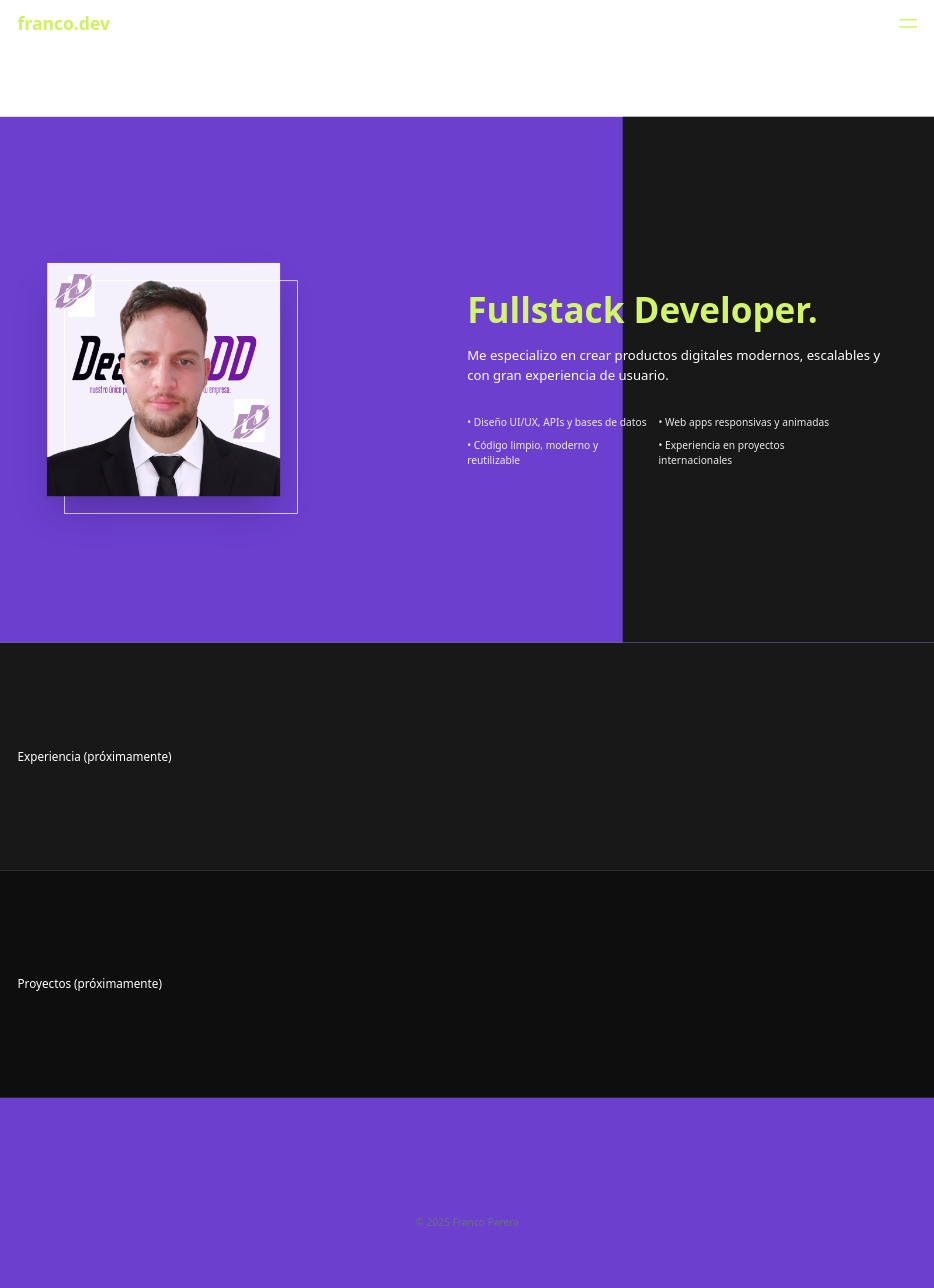
Repository: francoluca35/portfolio-franco-dev
Page: /
The author's editor kept a copy of each file at every save. The page is drawn from the files as they stood at one save, then again after the next save.
The browser window is 1280 px wide. The pictures show the whole page, at 73% of full size.
The project was rebuilt for these pictures with package versions that can differ from the ones it lists, and the page was loaded fresh each time. The framework's server and built-in components were replaced by stand-ins that run in the browser. Also part of the build but not shown: next.config.js.

Above is the page before, as saved 2025-05-06 01:33:30.

After the next save:
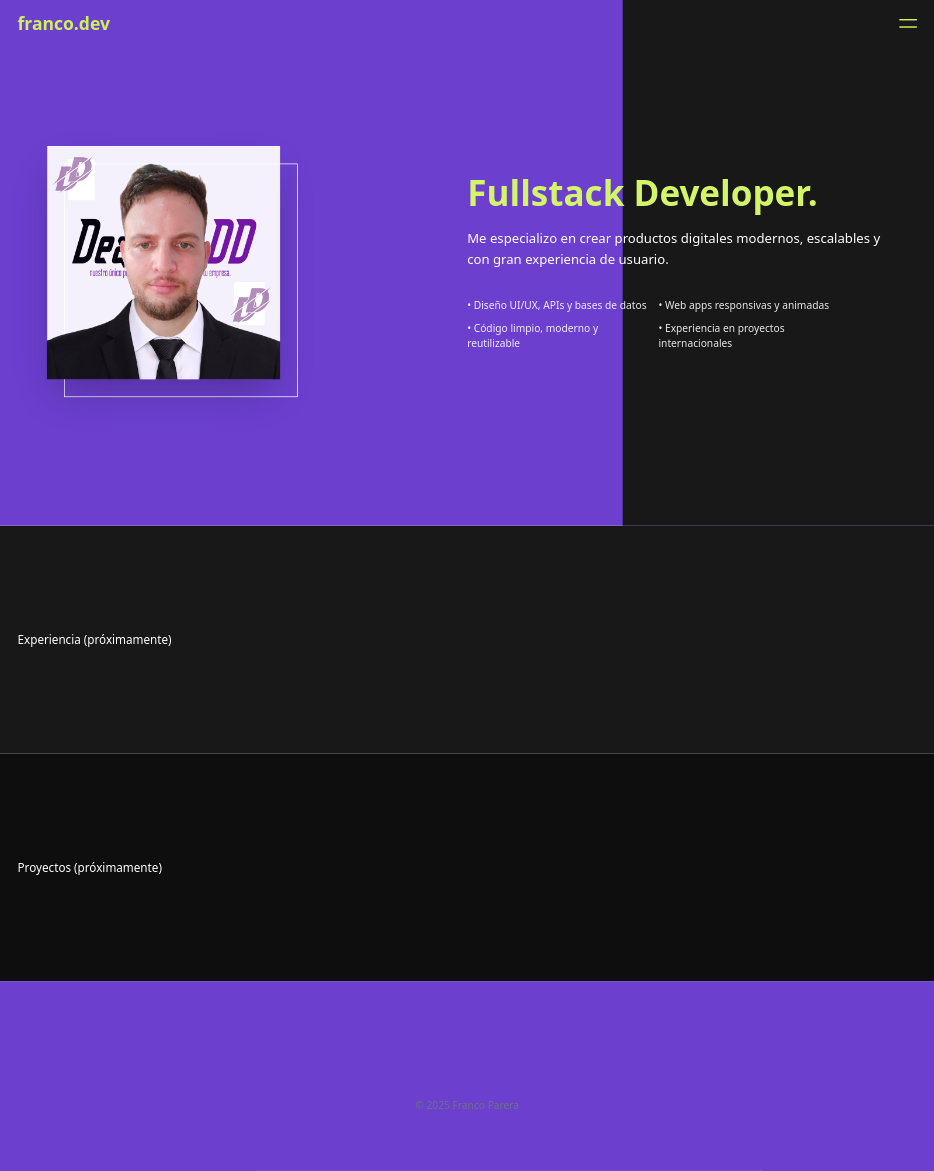
Saved 4 s later.
--- a/components/Hero.jsx
+++ b/components/Hero.jsx
@@ -4,7 +4,7 @@ import Image from "next/image";
 
 export default function Hero() {
   return (
-    <section className="mt-20 relative w-full min-h-screen bg-[#6C3FCF] text-white flex items-center justify-center sm:px-12 py-20">
+    <section className="-mt-20 relative w-full min-h-screen bg-[#6C3FCF] text-white flex items-center justify-center sm:px-12 py-20">
       {/* Fondo negro a la derecha solo en desktop */}
       <div className="hidden md:block absolute top-0 right-0 w-1/3 h-full bg-[#181818] z-0" />
 
